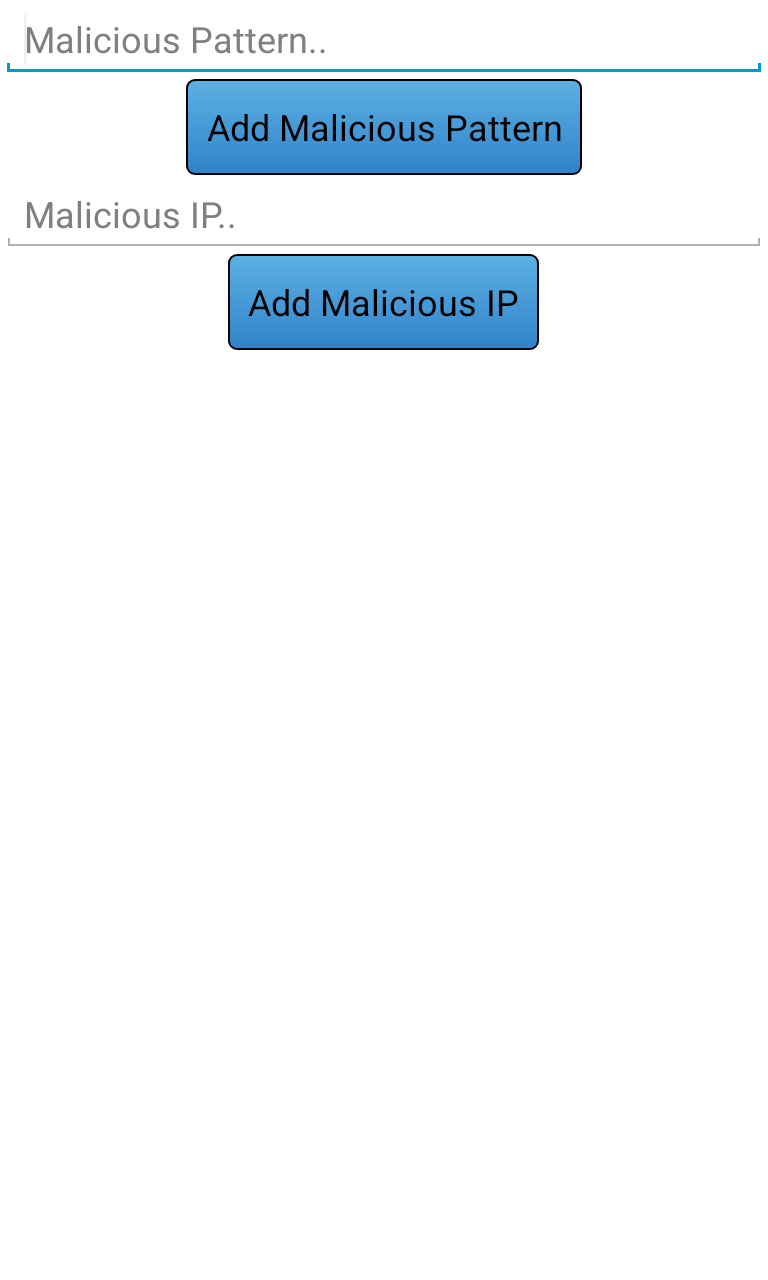
Repository: ArisKots1992/Software-Development
Layout: Anaptiksi Logismikou/Anaptiksi Logismikou/AdminClientApplication/res/layout/forth_tab.xml
The author's editor kept a copy of each file at every save. The layout is drawn from the files as they stood at one save, then again after the next save.
It is drawn on a 768 x 1280 px phone screen (xhdpi) without system bars, with theme AppTheme; the app's code is not run.

Above is the layout before, as saved 2015-01-20 00:06:28.

### Anaptiksi Logismikou/Anaptiksi Logismikou/AdminClientApplication/res/layout/forth_tab.xml
<?xml version="1.0" encoding="utf-8"?>
<LinearLayout xmlns:android="http://schemas.android.com/apk/res/android"
    android:layout_width="match_parent"
    android:layout_height="match_parent"
    android:orientation="vertical"
    android:gravity = "center_horizontal">

    <EditText
        android:id="@+id/editTextpatterns"
        android:layout_width="match_parent"
        android:layout_height="wrap_content"
        android:hint="Malicious Pattern.."
        android:ems="10" >

        <requestFocus />
    </EditText>

    <Button
        android:id="@+id/buttonpatterns"
        android:layout_width="wrap_content"
        android:layout_height="wrap_content"
        android:text="Add Malicious Pattern"
         android:background="@drawable/custom_button" />

    <EditText
        android:id="@+id/editTextip"
        android:layout_width="match_parent"
        android:layout_height="wrap_content"
        android:hint="Malicious IP.."
        android:ems="10" />

    <Button
        android:id="@+id/buttonip"
        android:layout_width="wrap_content"
        android:layout_height="wrap_content"
        android:text="Add Malicious IP"
         android:background="@drawable/custom_button" />

</LinearLayout>

### Anaptiksi Logismikou/Anaptiksi Logismikou/AdminClientApplication/res/values/styles.xml
<resources>

    <!--
        Base application theme, dependent on API level. This theme is replaced
        by AppBaseTheme from res/values-vXX/styles.xml on newer devices.
    -->
    <style name="AppBaseTheme" parent="android:Theme.Light">
        <!--
            Theme customizations available in newer API levels can go in
            res/values-vXX/styles.xml, while customizations related to
            backward-compatibility can go here.
        -->
    </style>

    <!-- Application theme. -->
    <style name="AppTheme" parent="AppBaseTheme">
        <!-- All customizations that are NOT specific to a particular API-level can go here. -->
    </style>

    <style name="CustomStyleButton" parent="@android:style/Widget.Button">
		<item name="android:textSize">16sp</item>
 		<item name="android:textStyle">bold</item>
 		<item name="android:textColor">#dedfdc</item>
 		<item name="android:gravity">center</item>
 		<item name="android:shadowColor">#000000</item>
 		<item name="android:shadowDx">1</item>
 		<item name="android:shadowDy">1</item>
 		<item name="android:shadowRadius">0.6</item>
 		<item  name="android:background">@drawable/custom_button</item>
 		<item name="android:padding">10dip</item>
	</style>
</resources>

### Anaptiksi Logismikou/Anaptiksi Logismikou/AdminClientApplication/res/drawable/custom_button.xml
<?xml version="1.0" encoding="utf-8"?>
<selector xmlns:android="http://schemas.android.com/apk/res/android">
 <item android:state_pressed="true" >
  <shape>
  <solid
   android:color="#2678BF" />
  <stroke
   android:width="1dp"
   android:color="#000000" />
  <corners
   android:radius="4dp" />
  <padding
   android:left="10dp"
   android:top="10dp"
   android:right="10dp"
   android:bottom="10dp" />
  </shape>
 </item>
  <item>
  <shape>
  <gradient
   android:startColor="#5DB0E2"
   android:endColor="#3183CA"
   android:angle="270" />
  <stroke
   android:width="1dp"
   android:color="#000000" />
  <corners
   android:radius="4dp" />
  <padding
   android:left="10dp"
   android:top="10dp"
   android:right="10dp"
   android:bottom="10dp" />
 </shape>
 </item>
</selector>

Loaded but not shown: Anaptiksi Logismikou/Anaptiksi Logismikou/AdminClientApplication/res/values-v11/styles.xml (common file); Anaptiksi Logismikou/Anaptiksi Logismikou/AdminClientApplication/res/values-v14/styles.xml (common file)

After the next save:
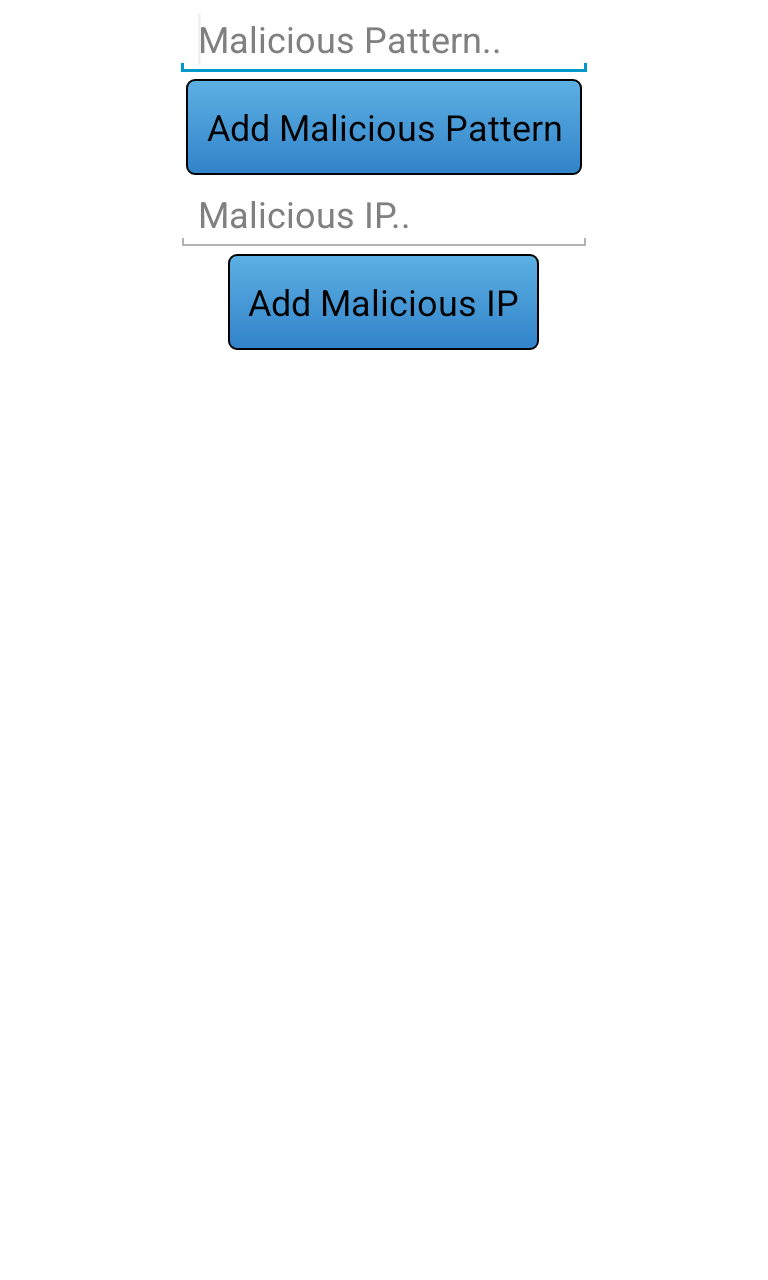
Saved 3 min 28 s later.
--- a/Anaptiksi Logismikou/Anaptiksi Logismikou/AdminClientApplication/res/layout/forth_tab.xml
+++ b/Anaptiksi Logismikou/Anaptiksi Logismikou/AdminClientApplication/res/layout/forth_tab.xml
@@ -7,7 +7,7 @@
 
     <EditText
         android:id="@+id/editTextpatterns"
-        android:layout_width="match_parent"
+        android:layout_width="wrap_content"
         android:layout_height="wrap_content"
         android:hint="Malicious Pattern.."
         android:ems="10" >
@@ -24,7 +24,7 @@
 
     <EditText
         android:id="@+id/editTextip"
-        android:layout_width="match_parent"
+        android:layout_width="wrap_content"
         android:layout_height="wrap_content"
         android:hint="Malicious IP.."
         android:ems="10" />
